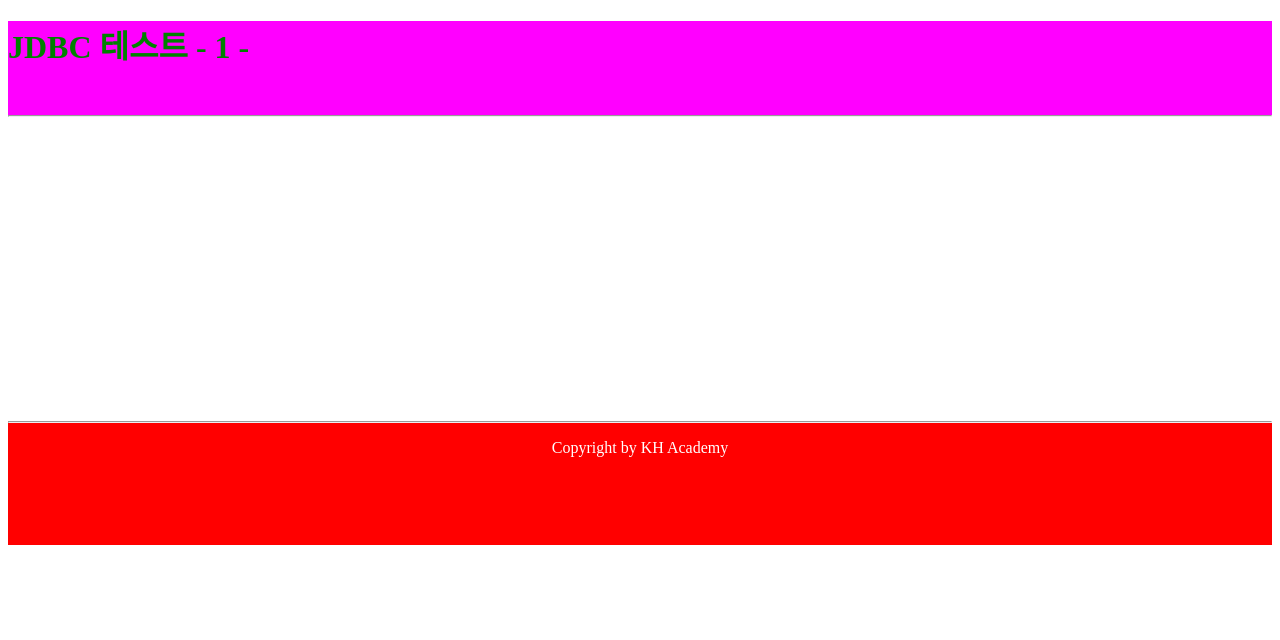
Repository: steeveelee2/WEB_Study
Page: http://localhost/JDBC1Project/
An editor plug-in stored every save of this project. The page is shown before and after the next save, followed by the edit.
The browser window is 1280 px wide. The pictures show the whole page.
The page is served by Tomcat 9. Other server files are loaded and not shown.

Above is the page before, as saved 2018-10-18 01:16:39.

### webWorkspace/JDBC1Project/web/index.jsp
<%@ page language="java" contentType="text/html; charset=UTF-8"
    pageEncoding="UTF-8"%>
<%@ page import="com.kh.jdbc.model.vo.*" %>
<%
	Member m=(Member)session.getAttribute("m");
%>
<!DOCTYPE html>
<html>
<head>
<meta charset="UTF-8">
<title>JDBC 테스트</title>
</head>
<body>
	<%@ include file="views/common/header.jsp" %>

	<%if(m!=null){ %>

	<h3>
		<a href="views/loginForm.jsp">1. 로그인 폼</a>
	</h3>

	<h3>
		<a href="views/member/memberJoin.jsp">2. 회원가입 폼</a>
	</h3>

	<%} else{%>


	<%} %>

	<%@ include file="views/common/footer.jsp" %>
</body>
</html>

### webWorkspace/JDBC1Project/web/views/common/header.jsp
<%@ page language="java" contentType="text/html; charset=UTF-8"
    pageEncoding="UTF-8"%>
<header style="background:magenta; color:green;">
	<h1>JDBC 테스트 - 1 -</h1>
	<br>
	<hr>
</header>

### webWorkspace/JDBC1Project/web/views/common/footer.jsp
<%@ page language="java" contentType="text/html; charset=UTF-8"
    pageEncoding="UTF-8"%>
<br><br><br><br>
<br><br><br><br>
<br><br><br><br>
<br><br><br><br>

<footer style="background:red; color:white;">
	<hr>
	<p align="center">
		Copyright by KH Academy
	</p>
	<br><br>
	<br><br>
</footer>

After the next save:
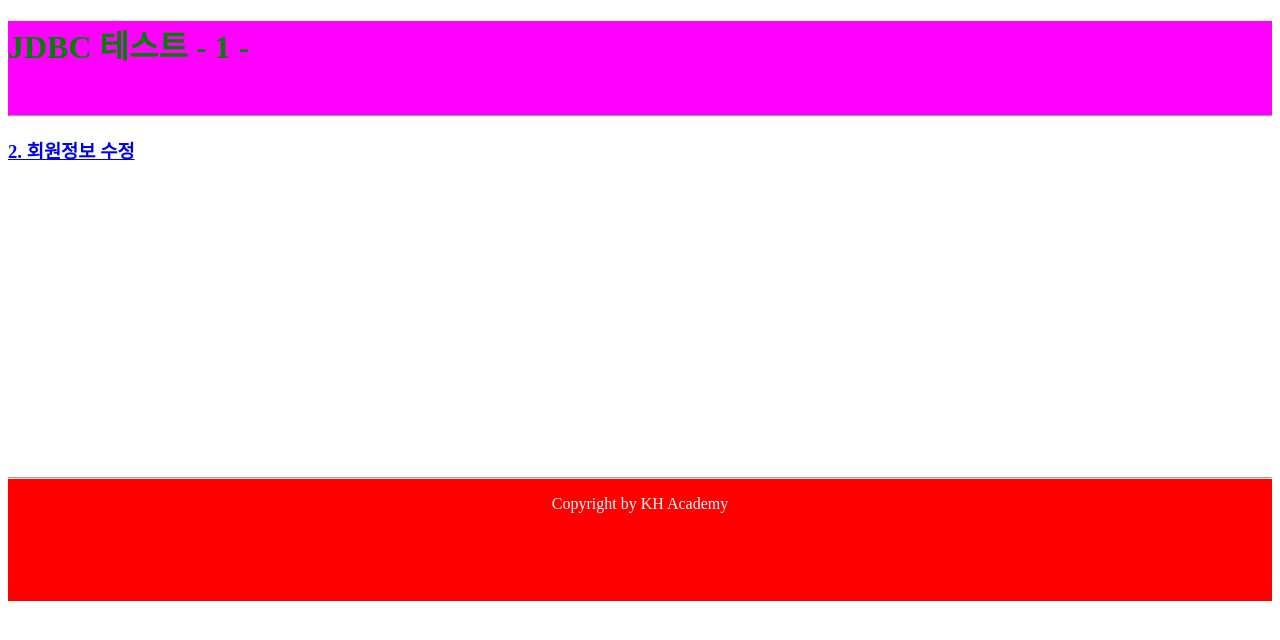
Saved 26 s later.
--- a/webWorkspace/JDBC1Project/web/index.jsp
+++ b/webWorkspace/JDBC1Project/web/index.jsp
@@ -24,7 +24,9 @@
 	</h3>
 
 	<%} else{%>
-
+	<h3>
+		<a href="views/member/memberUpdateForm">2. 회원정보 수정</a>
+	</h3>
 
 	<%} %>
 
